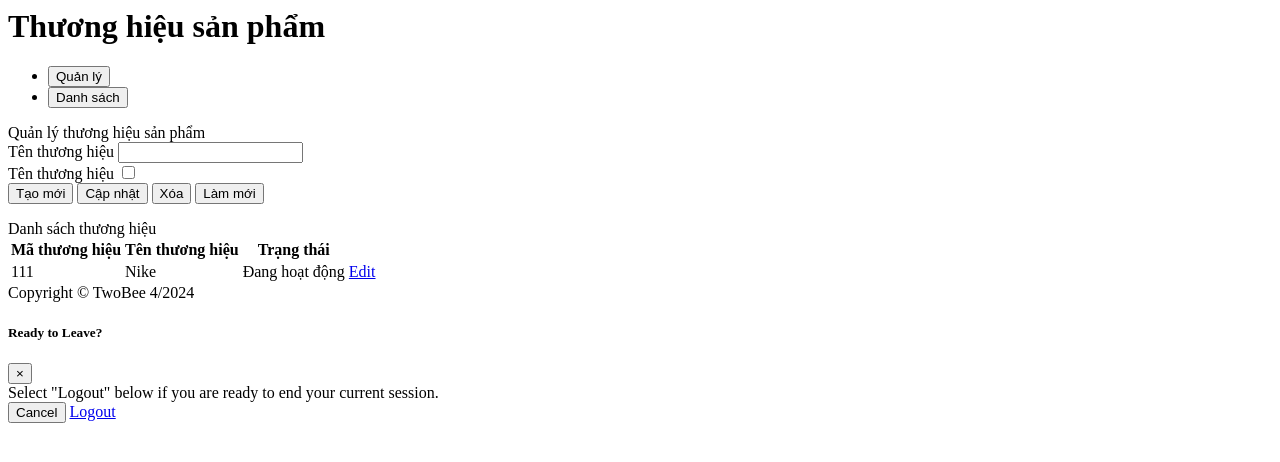
Repository: tuandh111/Java-6-asm
Page: Front-end/Java6_asm_/templates/admin/brands.html
These files come from the project's save history. The page is drawn as it stood at one moment and after the next save; the edit follows.
The browser window is 1280 px wide. The pictures show the whole page.

Above is the page before, as saved 2024-03-31 11:10:31.

After the next save:
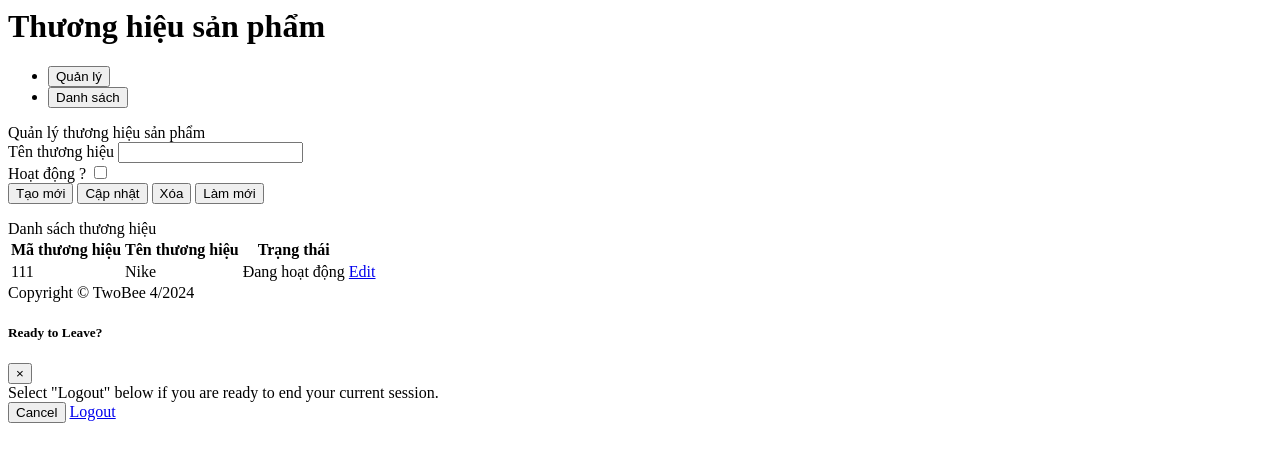
Saved 51 s later.
--- a/Front-end/Java6_asm_/templates/admin/brands.html
+++ b/Front-end/Java6_asm_/templates/admin/brands.html
@@ -63,11 +63,10 @@
                                                         ng-model="nameBrand" ng-value="" class="form-control" required>
                                                 </div>
                                                 <div class="form-outline mb-3">
-                                                    <label class="form-label" for="manageBrandsModalBrandsName">Tên
-                                                        thương
-                                                        hiệu</label>
-                                                    <input type="checkbox" id="manageBrandsModalBrandsName"
-                                                        ng-model="nameBrand" ng-value="" class="form-control" required>
+                                                    <label class="form-label" for="manageBrandsModalBrandsIsActive">Hoạt
+                                                        động ?</label>
+                                                    <input type="checkbox" id="manageBrandsModalBrandsIsActive"
+                                                        ng-model="isActive" ng-value="" class="form-control">
                                                 </div>
                                                 <!-- <input type="checkbox"> Hoạt động ? -->
                                             </div>
